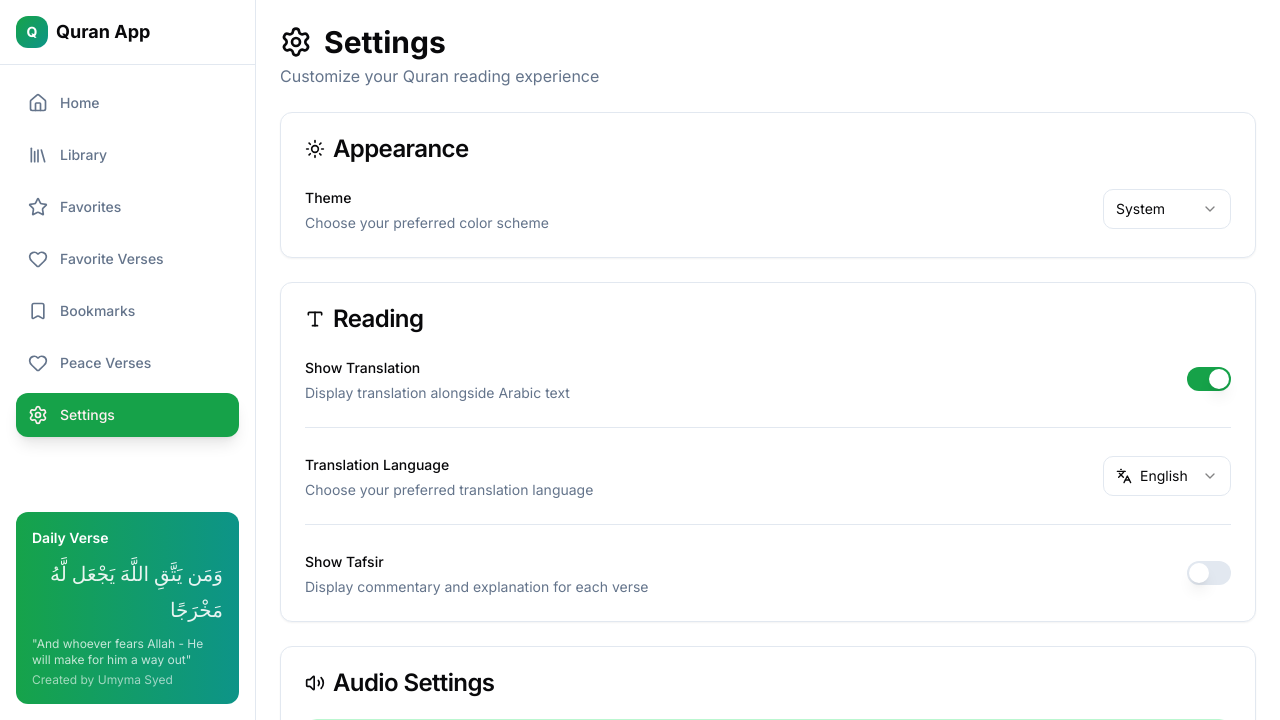
Repository: umymasyed/QuranApp
Page: /settings
The author's editor kept a copy of each file at every save. The page is drawn from the files as they stood at one save, then again after the next save.
The browser window is 1280 px wide. The pictures show the whole page.
An inner scrolling area shows only its first screen. The project was rebuilt for these pictures with package versions that can differ from the ones it lists, and the page was loaded fresh each time. The framework's server and built-in components were replaced by stand-ins that run in the browser. Also part of the build but not shown: next.config.mjs, components/audio-player.tsx.

Above is the page before, as saved 2025-07-27 12:22:56.

### app/layout.tsx
import type React from "react"
import type { Metadata } from "next"
import { Inter } from "next/font/google"
import "./globals.css"
import { ThemeProvider } from "@/components/theme-provider"
import { AudioProvider } from "@/components/audio-provider"
import { AppLayout } from "@/components/app-layout"

const inter = Inter({ subsets: ["latin"] })

export const metadata: Metadata = {
  title: "Quran App - Modern Audio Experience",
  description: "A modern Quran app with Spotify-style UI for audio recitation",
  manifest: "/manifest.json",
  icons: {
    icon: [
      { url: "/favroite.png", sizes: "192x192", type: "image/png" },
      { url: "/favroite.png", sizes: "512x512", type: "image/png" },
    ],
    apple: [{ url: "/favroite.png", sizes: "192x192", type: "image/png" }],
  },
  generator: 'v0.dev'
}

export default function RootLayout({
  children,
}: {
  children: React.ReactNode
}) {
  return (
    <html lang="en" suppressHydrationWarning>
      <head>
        <meta name="theme-color" content="#16a34a" />
        <meta name="apple-mobile-web-app-capable" content="yes" />
        <meta name="apple-mobile-web-app-status-bar-style" content="default" />
        <meta name="apple-mobile-web-app-title" content="Quran App" />

        {/* ✅ Added manifest & icon links below */}
        <link rel="manifest" href="/manifest.json" />
        <link rel="icon" href="/favroite.png" />
        <link rel="apple-touch-icon" href="/favroite.png" sizes="192x192" />
      </head>
      <body className={inter.className}>
        <ThemeProvider attribute="class" defaultTheme="system" enableSystem>
          <AudioProvider>
            <AppLayout>{children}</AppLayout>
          </AudioProvider>
        </ThemeProvider>
      </body>
    </html>
  )
}

### app/settings/page.tsx
"use client"

import { useState, useEffect } from "react"
import { Settings, Sun, Type, Volume2, Trash2, Download, BookOpen, Languages } from "lucide-react"
import { Button } from "@/components/ui/button"
import { Card, CardContent, CardHeader, CardTitle } from "@/components/ui/card"
import { Switch } from "@/components/ui/switch"
import { Label } from "@/components/ui/label"
import { Select, SelectContent, SelectItem, SelectTrigger, SelectValue } from "@/components/ui/select"
import { Slider } from "@/components/ui/slider"
import { Separator } from "@/components/ui/separator"
import { useTheme } from "next-themes"
import { storage } from "@/lib/storage"
import type { UserPreferences } from "@/lib/types"

export default function SettingsPage() {
  const { theme, setTheme } = useTheme()
  const [preferences, setPreferences] = useState<UserPreferences>({
    theme: "light",
    showTranslation: true,
    translationLanguage: "english",
    showTafsir: false,
    autoPlay: false,
    surahPageVerseAutoPlay: false,
    selectedReciter: 1,
    selectedVerseReciter: 1,
    verseAudioEnabled: true,
    defaultVolume: 70,
  })

  useEffect(() => {
    setPreferences(storage.getPreferences())
  }, [])

  const updatePreference = (key: keyof UserPreferences, value: any) => {
    const newPreferences = { ...preferences, [key]: value }
    setPreferences(newPreferences)
    storage.setPreferences(newPreferences)
  }

  const clearAllData = () => {
    if (
      confirm("Are you sure you want to clear all app data? This will remove all bookmarks, history, and preferences.")
    ) {
      storage.clearAll()
      setPreferences({
        theme: "light",
        showTranslation: true,
        translationLanguage: "english",
        showTafsir: false,
        autoPlay: false,
        surahPageVerseAutoPlay: false,
        selectedReciter: 1,
        selectedVerseReciter: 1,
        verseAudioEnabled: true,
        defaultVolume: 70,
      })
      alert("All data has been cleared.")
    }
  }

  return (
    <div className="p-6 space-y-6">
      {/* Header */}
      <div className="space-y-1">
        <h1 className="text-3xl font-bold flex items-center">
          <Settings className="h-8 w-8 mr-3" />
          Settings
        </h1>
        <p className="text-muted-foreground">Customize your Quran reading experience</p>
      </div>

      {/* Appearance Settings */}
      <Card>
        <CardHeader>
          <CardTitle className="flex items-center">
            <Sun className="h-5 w-5 mr-2" />
            Appearance
          </CardTitle>
        </CardHeader>
        <CardContent className="space-y-6">
          <div className="flex items-center justify-between">
            <div className="space-y-1">
              <Label>Theme</Label>
              <p className="text-sm text-muted-foreground">Choose your preferred color scheme</p>
            </div>
            <Select value={theme} onValueChange={setTheme}>
              <SelectTrigger className="w-32">
                <SelectValue />
              </SelectTrigger>
              <SelectContent>
                <SelectItem value="light">Light</SelectItem>
                <SelectItem value="dark">Dark</SelectItem>
                <SelectItem value="system">System</SelectItem>
              </SelectContent>
            </Select>
          </div>
        </CardContent>
      </Card>

      {/* Reading Settings */}
      <Card>
        <CardHeader>
          <CardTitle className="flex items-center">
            <Type className="h-5 w-5 mr-2" />
            Reading
          </CardTitle>
        </CardHeader>
        <CardContent className="space-y-6">
          <div className="flex items-center justify-between">
            <div className="space-y-1">
              <Label>Show Translation</Label>
              <p className="text-sm text-muted-foreground">Display translation alongside Arabic text</p>
            </div>
            <Switch
              checked={preferences.showTranslation}
              onCheckedChange={(checked) => updatePreference("showTranslation", checked)}
            />
          </div>

          <Separator />

          <div className="flex items-center justify-between">
            <div className="space-y-1">
              <Label>Translation Language</Label>
              <p className="text-sm text-muted-foreground">Choose your preferred translation language</p>
            </div>
            <Select
              value={preferences.translationLanguage}
              onValueChange={(value) => updatePreference("translationLanguage", value)}
            >
              <SelectTrigger className="w-32">
                <SelectValue />
              </SelectTrigger>
              <SelectContent>
                <SelectItem value="english">
                  <div className="flex items-center">
                    <Languages className="h-4 w-4 mr-2" />
                    English
                  </div>
                </SelectItem>
                <SelectItem value="urdu">
                  <div className="flex items-center">
                    <Languages className="h-4 w-4 mr-2" />
                    اردو
                  </div>
                </SelectItem>
              </SelectContent>
            </Select>
          </div>

          <Separator />

          <div className="flex items-center justify-between">
            <div className="space-y-1">
              <Label>Show Tafsir</Label>
              <p className="text-sm text-muted-foreground">Display commentary and explanation for each verse</p>
            </div>
            <Switch
              checked={preferences.showTafsir}
              onCheckedChange={(checked) => updatePreference("showTafsir", checked)}
            />
          </div>
        </CardContent>
      </Card>

      {/* Audio Settings */}
      <Card>
        <CardHeader>
          <CardTitle className="flex items-center">
            <Volume2 className="h-5 w-5 mr-2" />
            Audio Settings
          </CardTitle>
        </CardHeader>
        <CardContent className="space-y-6">
          <div className="bg-green-50 dark:bg-green-900/20 p-4 rounded-lg border border-green-200 dark:border-green-800">
            <div className="flex items-center space-x-3">
              <div className="w-12 h-12 bg-gradient-to-br from-green-600 to-teal-600 rounded-lg flex items-center justify-center">
                <Volume2 className="h-6 w-6 text-white" />
              </div>
              <div>
                <h3 className="font-semibold text-green-800 dark:text-green-200">Mishary Rashid Al Afasy</h3>
                <p className="text-sm text-green-600 dark:text-green-300 arabic-text">مشاري بن راشد العفاسي</p>
                <p className="text-xs text-green-600 dark:text-green-400">Premium Reciter - Beautiful Voice</p>
              </div>
            </div>
          </div>

          <div className="flex items-center justify-between">
            <div className="space-y-1">
              <Label>Auto Play</Label>
              <p className="text-sm text-muted-foreground">
                Enable autoplay for surah-to-surah playback. Also required for verse-to-verse autoplay (along with surah
                page setting).
              </p>
            </div>
            <Switch
              checked={preferences.autoPlay}
              onCheckedChange={(checked) => updatePreference("autoPlay", checked)}
            />
          </div>

          <Separator />

          <div className="flex items-center justify-between">
            <div className="space-y-1">
              <Label>Verse Audio</Label>
              <p className="text-sm text-muted-foreground">Enable individual verse audio playback buttons</p>
            </div>
            <Switch
              checked={preferences.verseAudioEnabled}
              onCheckedChange={(checked) => updatePreference("verseAudioEnabled", checked)}
            />
          </div>

          <Separator />

          <div className="space-y-3">
            <div className="flex items-center justify-between">
              <Label>Default Volume</Label>
              <span className="text-sm text-muted-foreground">{preferences.defaultVolume}%</span>
            </div>
            <Slider
              value={[preferences.defaultVolume]}
              onValueChange={(value) => updatePreference("defaultVolume", value[0])}
              max={100}
              step={1}
              className="w-full"
            />
            <p className="text-xs text-muted-foreground">
              This volume will be applied when any audio starts and on page reload
            </p>
          </div>
        </CardContent>
      </Card>

      {/* Storage & Data */}
      <Card>
        <CardHeader>
          <CardTitle className="flex items-center">
            <Download className="h-5 w-5 mr-2" />
            Storage & Data
          </CardTitle>
        </CardHeader>
        <CardContent className="space-y-6">
          <div className="space-y-4">
            <div className="flex items-center justify-between">
              <div className="space-y-1">
                <Label>Bookmarks</Label>
                <p className="text-sm text-muted-foreground">{storage.getBookmarks().length} saved verses</p>
              </div>
            </div>

            <div className="flex items-center justify-between">
              <div className="space-y-1">
                <Label>Recently Played</Label>
                <p className="text-sm text-muted-foreground">{storage.getRecentlyPlayed().length} surahs in history</p>
              </div>
            </div>

            <Separator />

            <div className="flex items-center justify-between">
              <div className="space-y-1">
                <Label className="text-destructive">Clear All Data</Label>
                <p className="text-sm text-muted-foreground">Remove all bookmarks, history, and preferences</p>
              </div>
              <Button variant="destructive" onClick={clearAllData}>
                <Trash2 className="h-4 w-4 mr-2" />
                Clear All
              </Button>
            </div>
          </div>
        </CardContent>
      </Card>

      {/* About */}
      <Card>
        <CardHeader>
          <CardTitle className="flex items-center">
            <BookOpen className="h-5 w-5 mr-2" />
            About
          </CardTitle>
        </CardHeader>
        <CardContent className="space-y-4">
          <div className="space-y-2">
            <h3 className="font-semibold">Complete Quran App</h3>
            <p className="text-sm text-muted-foreground">
              A comprehensive Quran reading and listening experience with all 114 chapters, beautiful recitation by
              Mishary Rashid Al Afasy, translations in English and Urdu, and Tafsir.
            </p>
          </div>
          <Separator />
          <div className="text-xs text-muted-foreground space-y-1">
            <p>Version 2.0.0 - Complete Edition</p>
            <p>All 114 Surahs • Mishary Al Afasy Recitation • English & Urdu Translations • Tafsir Support</p>
            <p>Built with Next.js and Tailwind CSS</p>
            <p>Audio by Mishary Rashid Al Afasy (مشاري بن راشد العفاسي)</p>
            <p>Created by Umyma Syed</p>
          </div>
        </CardContent>
      </Card>
    </div>
  )
}

### components/ui/switch.tsx
"use client"

import * as React from "react"
import * as SwitchPrimitives from "@radix-ui/react-switch"

import { cn } from "@/lib/utils"

const Switch = React.forwardRef<
  React.ElementRef<typeof SwitchPrimitives.Root>,
  React.ComponentPropsWithoutRef<typeof SwitchPrimitives.Root>
>(({ className, ...props }, ref) => (
  <SwitchPrimitives.Root
    className={cn(
      "peer inline-flex h-6 w-11 shrink-0 cursor-pointer items-center rounded-full border-2 border-transparent transition-colors focus-visible:outline-none focus-visible:ring-2 focus-visible:ring-ring focus-visible:ring-offset-2 focus-visible:ring-offset-background disabled:cursor-not-allowed disabled:opacity-50 data-[state=checked]:bg-primary data-[state=unchecked]:bg-input",
      className
    )}
    {...props}
    ref={ref}
  >
    <SwitchPrimitives.Thumb
      className={cn(
        "pointer-events-none block h-5 w-5 rounded-full bg-background shadow-lg ring-0 transition-transform data-[state=checked]:translate-x-5 data-[state=unchecked]:translate-x-0"
      )}
    />
  </SwitchPrimitives.Root>
))
Switch.displayName = SwitchPrimitives.Root.displayName

export { Switch }

### components/ui/label.tsx
"use client"

import * as React from "react"
import * as LabelPrimitive from "@radix-ui/react-label"
import { cva, type VariantProps } from "class-variance-authority"

import { cn } from "@/lib/utils"

const labelVariants = cva(
  "text-sm font-medium leading-none peer-disabled:cursor-not-allowed peer-disabled:opacity-70"
)

const Label = React.forwardRef<
  React.ElementRef<typeof LabelPrimitive.Root>,
  React.ComponentPropsWithoutRef<typeof LabelPrimitive.Root> &
    VariantProps<typeof labelVariants>
>(({ className, ...props }, ref) => (
  <LabelPrimitive.Root
    ref={ref}
    className={cn(labelVariants(), className)}
    {...props}
  />
))
Label.displayName = LabelPrimitive.Root.displayName

export { Label }

### components/ui/slider.tsx
"use client"

import * as React from "react"
import * as SliderPrimitive from "@radix-ui/react-slider"

import { cn } from "@/lib/utils"

const Slider = React.forwardRef<
  React.ElementRef<typeof SliderPrimitive.Root>,
  React.ComponentPropsWithoutRef<typeof SliderPrimitive.Root>
>(({ className, ...props }, ref) => (
  <SliderPrimitive.Root
    ref={ref}
    className={cn(
      "relative flex w-full touch-none select-none items-center",
      className
    )}
    {...props}
  >
    <SliderPrimitive.Track className="relative h-2 w-full grow overflow-hidden rounded-full bg-secondary">
      <SliderPrimitive.Range className="absolute h-full bg-primary" />
    </SliderPrimitive.Track>
    <SliderPrimitive.Thumb className="block h-5 w-5 rounded-full border-2 border-primary bg-background ring-offset-background transition-colors focus-visible:outline-none focus-visible:ring-2 focus-visible:ring-ring focus-visible:ring-offset-2 disabled:pointer-events-none disabled:opacity-50" />
  </SliderPrimitive.Root>
))
Slider.displayName = SliderPrimitive.Root.displayName

export { Slider }

### components/ui/separator.tsx
"use client"

import * as React from "react"
import * as SeparatorPrimitive from "@radix-ui/react-separator"

import { cn } from "@/lib/utils"

const Separator = React.forwardRef<
  React.ElementRef<typeof SeparatorPrimitive.Root>,
  React.ComponentPropsWithoutRef<typeof SeparatorPrimitive.Root>
>(
  (
    { className, orientation = "horizontal", decorative = true, ...props },
    ref
  ) => (
    <SeparatorPrimitive.Root
      ref={ref}
      decorative={decorative}
      orientation={orientation}
      className={cn(
        "shrink-0 bg-border",
        orientation === "horizontal" ? "h-[1px] w-full" : "h-full w-[1px]",
        className
      )}
      {...props}
    />
  )
)
Separator.displayName = SeparatorPrimitive.Root.displayName

export { Separator }

Loaded but not shown: components/theme-provider.tsx (common file); lib/utils.ts (common file); tailwind.config.ts (common file); lib/data-service.ts (831 lines, source omitted); components/audio-provider.tsx (638 lines, source omitted); lib/api.ts (246 lines, source omitted); components/ui/select.tsx (160 lines, source omitted); lib/storage.ts (133 lines, source omitted); components/sidebar.tsx (80 lines, source omitted); app/globals.css (123 lines, source omitted); components/ui/button.tsx (56 lines, source omitted); components/ui/card.tsx (79 lines, source omitted); components/app-layout.tsx (51 lines, source omitted)

After the next save:
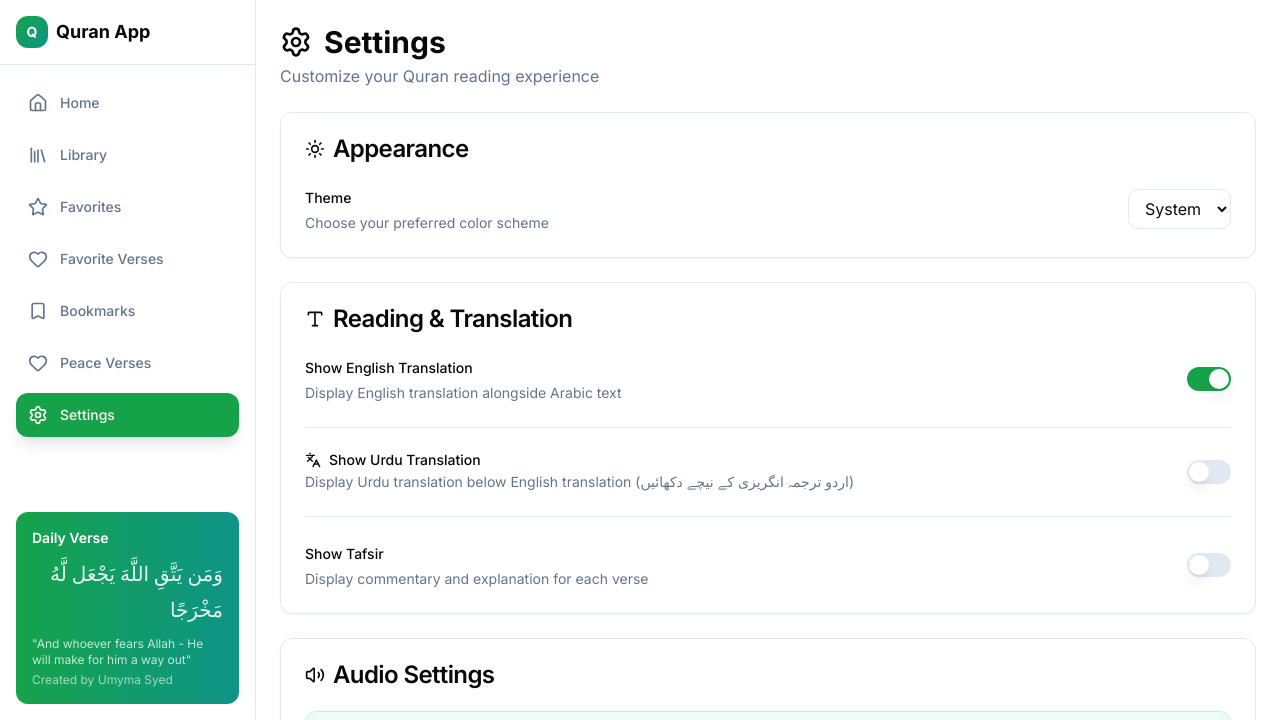
Saved 13 min 21 s later.
--- a/app/settings/page.tsx
+++ b/app/settings/page.tsx
@@ -6,7 +6,6 @@ import { Button } from "@/components/ui/button"
 import { Card, CardContent, CardHeader, CardTitle } from "@/components/ui/card"
 import { Switch } from "@/components/ui/switch"
 import { Label } from "@/components/ui/label"
-import { Select, SelectContent, SelectItem, SelectTrigger, SelectValue } from "@/components/ui/select"
 import { Slider } from "@/components/ui/slider"
 import { Separator } from "@/components/ui/separator"
 import { useTheme } from "next-themes"
@@ -18,7 +17,7 @@ export default function SettingsPage() {
   const [preferences, setPreferences] = useState<UserPreferences>({
     theme: "light",
     showTranslation: true,
-    translationLanguage: "english",
+    showUrduTranslation: false,
     showTafsir: false,
     autoPlay: false,
     surahPageVerseAutoPlay: false,
@@ -46,7 +45,7 @@ export default function SettingsPage() {
       setPreferences({
         theme: "light",
         showTranslation: true,
-        translationLanguage: "english",
+        showUrduTranslation: false,
         showTafsir: false,
         autoPlay: false,
         surahPageVerseAutoPlay: false,
@@ -84,16 +83,15 @@ export default function SettingsPage() {
               <Label>Theme</Label>
               <p className="text-sm text-muted-foreground">Choose your preferred color scheme</p>
             </div>
-            <Select value={theme} onValueChange={setTheme}>
-              <SelectTrigger className="w-32">
-                <SelectValue />
-              </SelectTrigger>
-              <SelectContent>
-                <SelectItem value="light">Light</SelectItem>
-                <SelectItem value="dark">Dark</SelectItem>
-                <SelectItem value="system">System</SelectItem>
-              </SelectContent>
-            </Select>
+            <select
+              value={theme}
+              onChange={(e) => setTheme(e.target.value)}
+              className="px-3 py-2 border rounded-md bg-background"
+            >
+              <option value="light">Light</option>
+              <option value="dark">Dark</option>
+              <option value="system">System</option>
+            </select>
           </div>
         </CardContent>
       </Card>
@@ -103,14 +101,14 @@ export default function SettingsPage() {
         <CardHeader>
           <CardTitle className="flex items-center">
             <Type className="h-5 w-5 mr-2" />
-            Reading
-          </CardTitle>
-        </CardHeader>
-        <CardContent className="space-y-6">
-          <div className="flex items-center justify-between">
-            <div className="space-y-1">
-              <Label>Show Translation</Label>
-              <p className="text-sm text-muted-foreground">Display translation alongside Arabic text</p>
+            Reading & Translation
+          </CardTitle>
+        </CardHeader>
+        <CardContent className="space-y-6">
+          <div className="flex items-center justify-between">
+            <div className="space-y-1">
+              <Label>Show English Translation</Label>
+              <p className="text-sm text-muted-foreground">Display English translation alongside Arabic text</p>
             </div>
             <Switch
               checked={preferences.showTranslation}
@@ -122,32 +120,28 @@ export default function SettingsPage() {
 
           <div className="flex items-center justify-between">
             <div className="space-y-1">
-              <Label>Translation Language</Label>
-              <p className="text-sm text-muted-foreground">Choose your preferred translation language</p>
-            </div>
-            <Select
-              value={preferences.translationLanguage}
-              onValueChange={(value) => updatePreference("translationLanguage", value)}
-            >
-              <SelectTrigger className="w-32">
-                <SelectValue />
-              </SelectTrigger>
-              <SelectContent>
-                <SelectItem value="english">
-                  <div className="flex items-center">
-                    <Languages className="h-4 w-4 mr-2" />
-                    English
-                  </div>
-                </SelectItem>
-                <SelectItem value="urdu">
-                  <div className="flex items-center">
-                    <Languages className="h-4 w-4 mr-2" />
-                    اردو
-                  </div>
-                </SelectItem>
-              </SelectContent>
-            </Select>
-          </div>
+              <Label className="flex items-center">
+                <Languages className="h-4 w-4 mr-2" />
+                Show Urdu Translation
+              </Label>
+              <p className="text-sm text-muted-foreground">
+                Display Urdu translation below English translation (اردو ترجمہ انگریزی کے نیچے دکھائیں)
+              </p>
+            </div>
+            <Switch
+              checked={preferences.showUrduTranslation}
+              onCheckedChange={(checked) => updatePreference("showUrduTranslation", checked)}
+              disabled={!preferences.showTranslation}
+            />
+          </div>
+
+          {!preferences.showTranslation && (
+            <div className="bg-amber-50 dark:bg-amber-900/20 p-3 rounded-lg border border-amber-200 dark:border-amber-800">
+              <p className="text-sm text-amber-800 dark:text-amber-200">
+                Enable "Show English Translation" first to use Urdu translation
+              </p>
+            </div>
+          )}
 
           <Separator />
 
@@ -292,7 +286,7 @@ export default function SettingsPage() {
           </div>
           <Separator />
           <div className="text-xs text-muted-foreground space-y-1">
-            <p>Version 2.0.0 - Complete Edition</p>
+            <p>Version 2.1.0 - Dual Translation Edition</p>
             <p>All 114 Surahs • Mishary Al Afasy Recitation • English & Urdu Translations • Tafsir Support</p>
             <p>Built with Next.js and Tailwind CSS</p>
             <p>Audio by Mishary Rashid Al Afasy (مشاري بن راشد العفاسي)</p>
